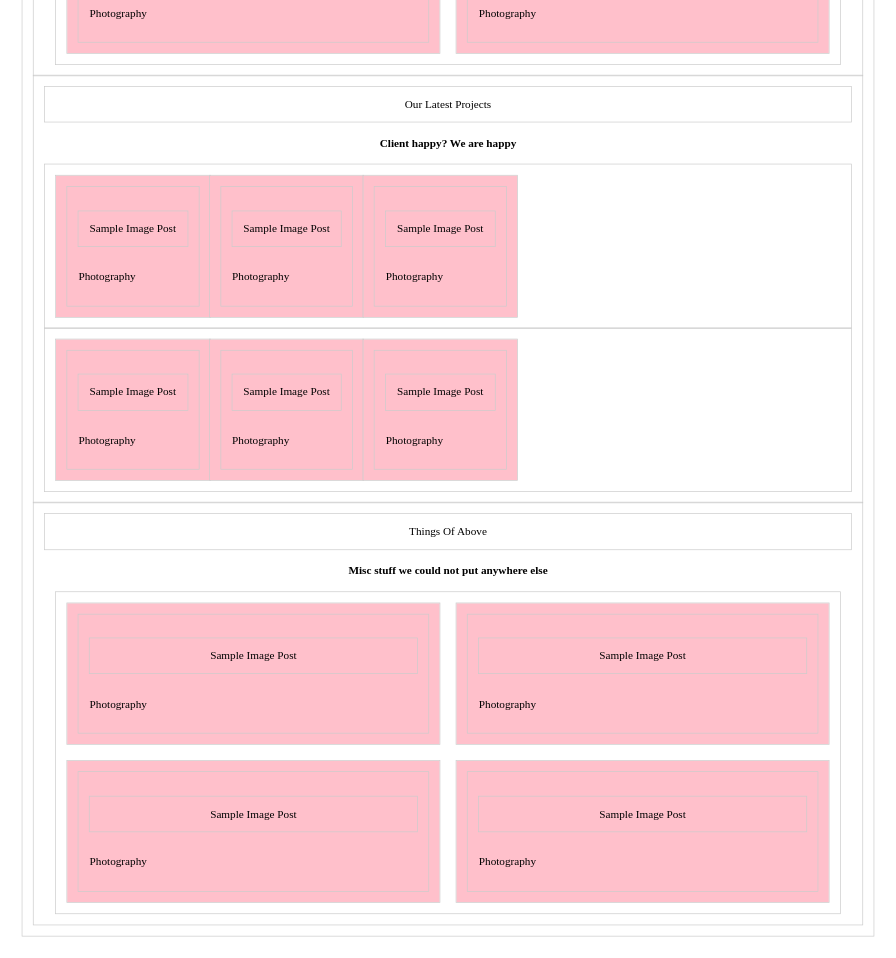
Repository: kionale/Project1_Lab3_ResponsiveLayout
Page: index.html
These files come from the project's save history. The page is drawn as it stood at one moment and after the next save; the edit follows.
The browser window is 1280 px wide. The pictures show the part of the page from y = 1547 to 3467 px (the page is 2916 px tall before and 3690 px after), at 70% of full size.

Above is the page before, as saved 2023-01-25 22:49:49.

After the next save:
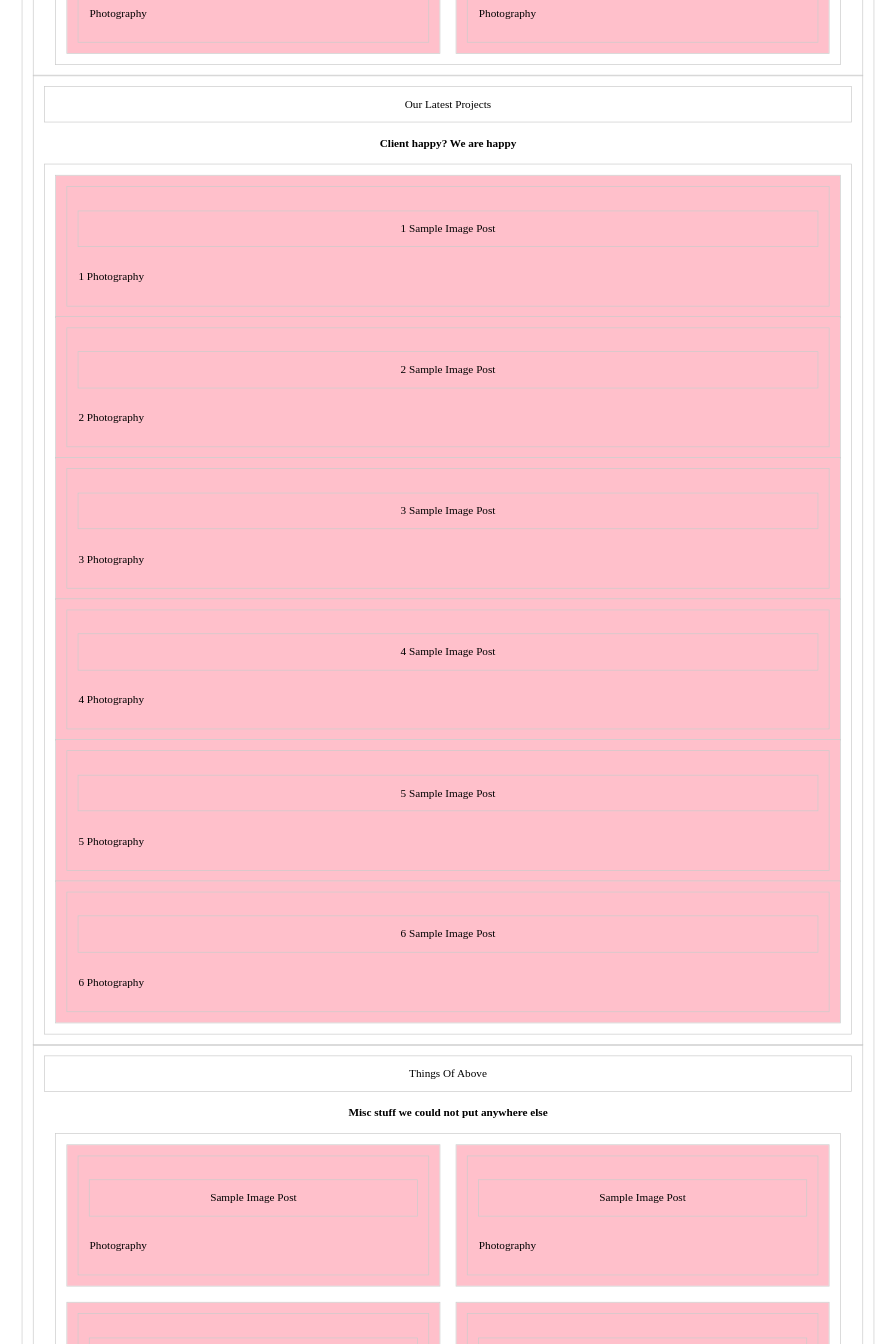
Saved 17 min 21 s later.
--- a/index.html
+++ b/index.html
@@ -145,57 +145,56 @@
         </div>
       </div>
     </section>
-    <!-- Write your comments here -->
+    <!-- Our Latest Projests -->
     <section class="latest__projects">
       <header class="header latest__projects__header">Our Latest Projects</header>
       <h4 class="subheading">Client happy? We are happy</h4>
-      <section class="examples top__row__latest">
-        <div class="col">
-          <div>
-            <img src="" alt="">
-            <header class="header latest__project__title">Sample image post</header><br>
-            <p>Photography</p>
-          </div>
-        </div>
-        <div class="col">
-          <div>
-            <img src="" alt="">
-            <header class="header latest__project__title">Sample image post</header><br>
-            <p>Photography</p>
-          </div>
-        </div>
-        <div class="col">
-          <div>
-            <img src="" alt="">
-            <header class="header latest__project__title">Sample image post</header><br>
-            <p>Photography</p>
-          </div>
-        </div>
-      </section>
-      <section class="examples bottom__row__latest">
-        <div class="col">
-          <div>
-            <img src="" alt="">
-            <header class="header latest__project__title">Sample image post</header><br>
-            <p>Photography</p>
-          </div>
-        </div>
-        <div class="col">
-          <div>
-            <img src="" alt="">
-            <header class="header latest__project__title">Sample image post</header><br>
-            <p>Photography</p>
-          </div>
-        </div>
-        <div class="col">
-          <div>
-            <img src="" alt="">
-            <header class="header latest__project__title">Sample image post</header><br>
-            <p>Photography</p>
-          </div>
-        </div>
-      </section>
+      <div class="row_two m-col-2 l-col-3">
+        <div class="col">
+          <div>
+            <img src="" alt="">
+            <header class="header latest__project__title">1 Sample image post</header><br>
+            <p>1 Photography</p>
+          </div>
+        </div>
+        <div class="col">
+          <div>
+            <img src="" alt="">
+            <header class="header latest__project__title">2 Sample image post</header><br>
+            <p>2 Photography</p>
+          </div>
+        </div>
+        <div class="col">
+          <div>
+            <img src="" alt="">
+            <header class="header latest__project__title">3 Sample image post</header><br>
+            <p>3 Photography</p>
+          </div>
+        </div>
+        <div class="col">
+          <div>
+            <img src="" alt="">
+            <header class="header latest__project__title">4 Sample image post</header><br>
+            <p>4 Photography</p>
+          </div>
+        </div>
+        <div class="col">
+          <div>
+            <img src="" alt="">
+            <header class="header latest__project__title">5 Sample image post</header><br>
+            <p>5 Photography</p>
+          </div>
+        </div>
+        <div class="col">
+          <div>
+            <img src="" alt="">
+            <header class="header latest__project__title">6 Sample image post</header><br>
+            <p>6 Photography</p>
+          </div>
+        </div>
+      </div>
     </section>
+    <!--Things of Above-->
     <section class="recent__work">
       <header class="header post__header">Things of above</header>
       <h4 class="subheading">Misc stuff we could not put anywhere else</h4>
